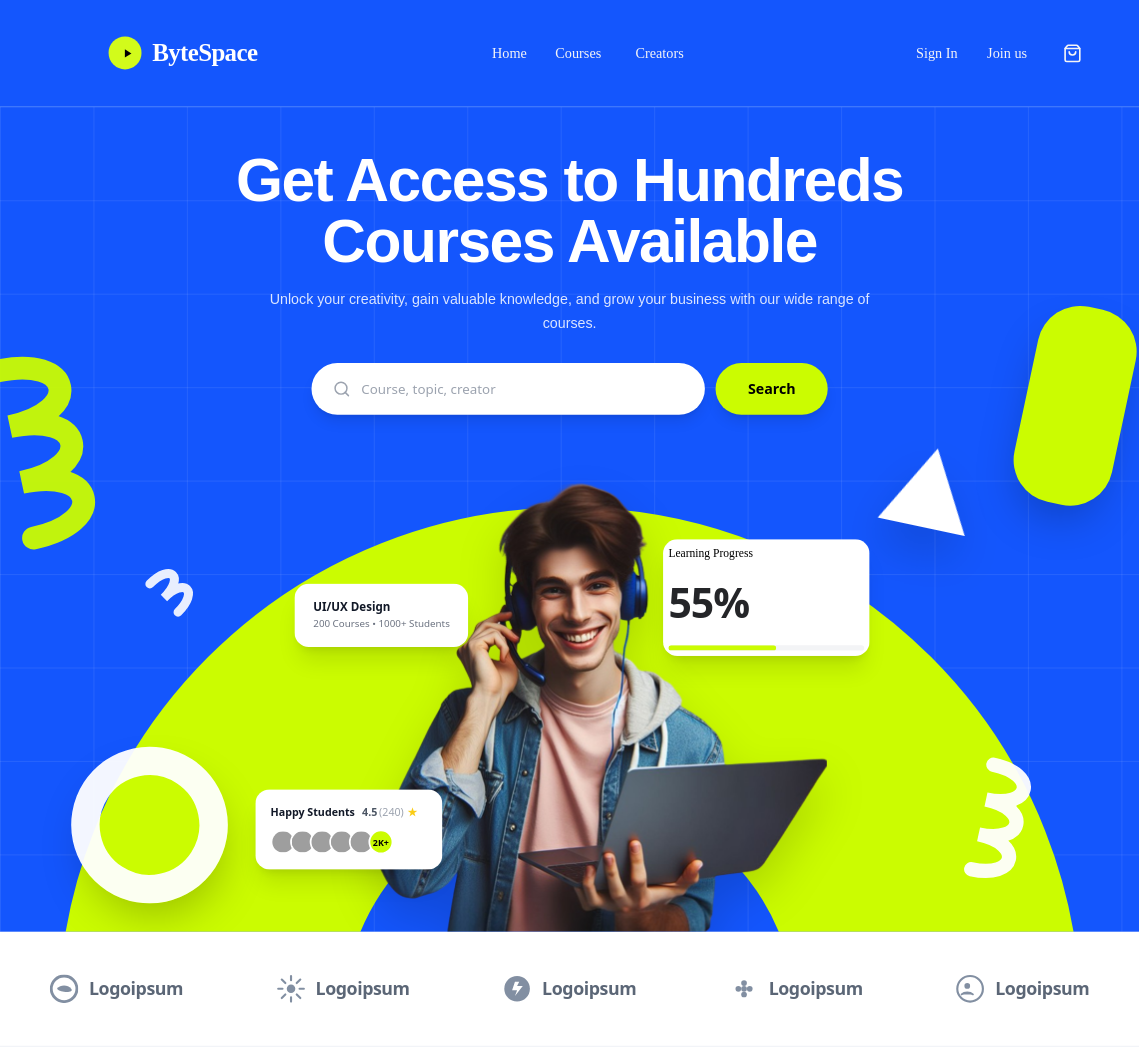
Repository: mdkawsarjomadder/bytespace
Page: /
These files come from the project's save history. The page is drawn as it stood at one moment and after the next save; the edit follows.
The browser window is 1280 px wide. The pictures show the whole page, at 89% of full size.
Pictures or frames that could not be fetched are drawn as grey boxes. Some web fonts or font styles are not loaded; a fallback is used. The project was rebuilt for these pictures with package versions that can differ from the ones it lists, and the page was loaded fresh each time. Also part of the build but not shown: vite.config.js.

Above is the page before, as saved 2026-09-29 19:10:19.

After the next save:
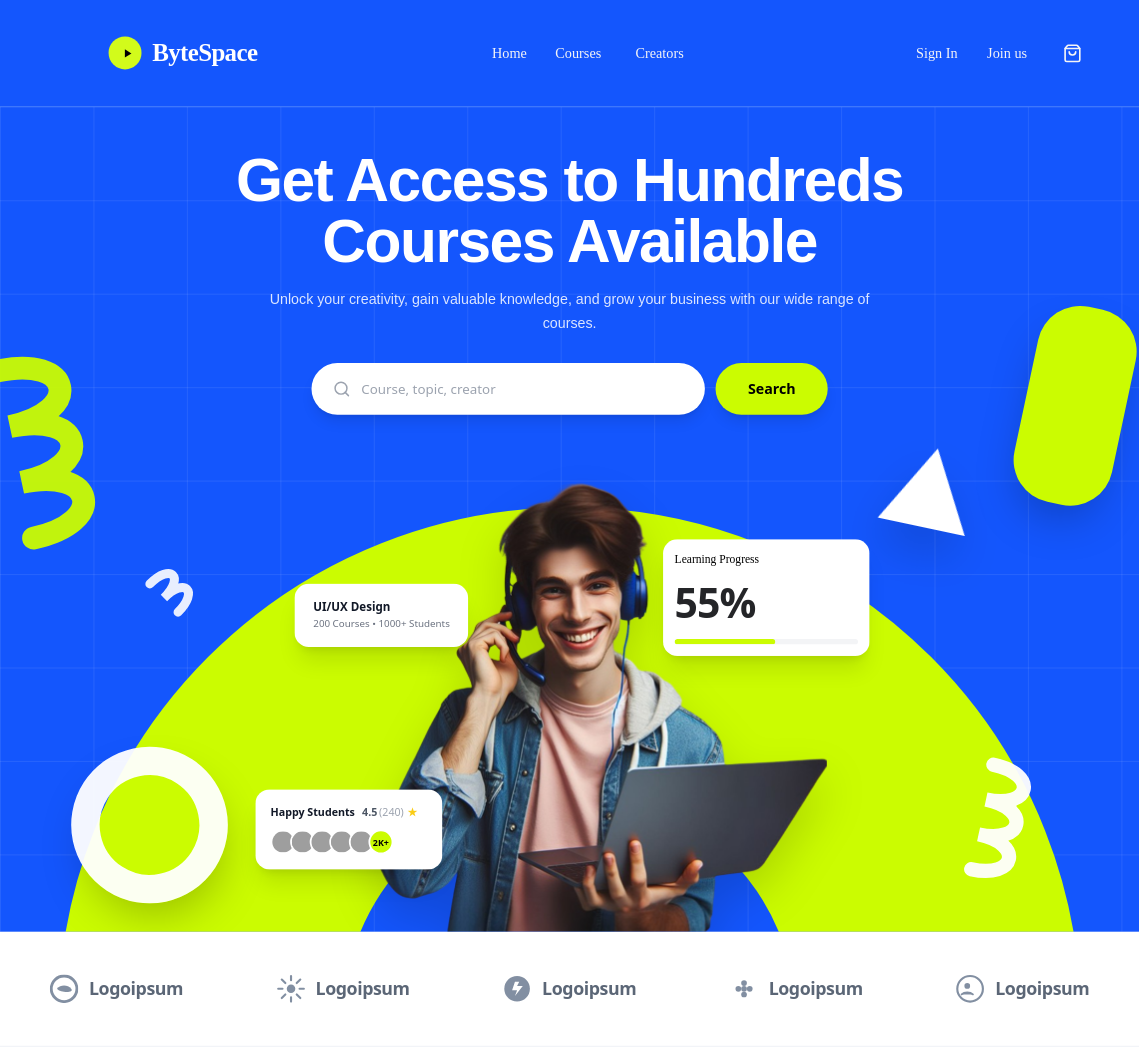
Saved 4 s later.
--- a/src/components/Hero.jsx
+++ b/src/components/Hero.jsx
@@ -160,7 +160,7 @@ const Hero = () => {
             style={{
               width: '232px',
               height: '131px',
-              padding: '5px',
+              padding: '12px',
               button: '100px',
               gap: '8px',
             }}
